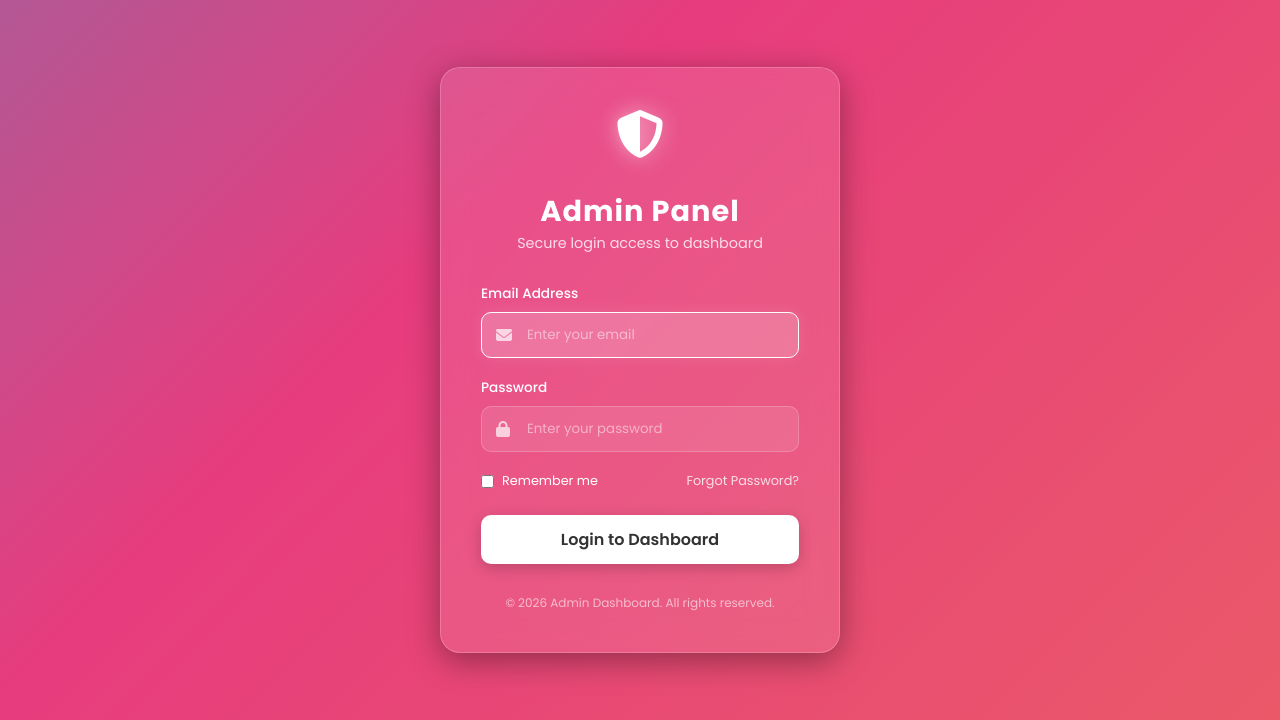
Repository: nandharjpm/Art-World
Page: http://localhost/admin/login
An editor plug-in stored every save of this project. The page is shown before and after the next save, followed by the edit.
The browser window is 1280 px wide. The pictures show the whole page.
The page is served by the project's Laravel application, run on PHP 8.4 with Laravel 12. Other server files are loaded and not shown.

Above is the page before, as saved 2026-05-15 16:21:37.

### routes/web.php
<?php

use App\Http\Controllers\admin\LoginController;
use Illuminate\Support\Facades\Route;

Route::get('/', function () {
    return view('welcome');
});

Route::group(['prefix' => 'admin/'], function () {
    Route::get('login', [LoginController::class, 'showLogin'])->name('admin.login');
});

### app/Http/Controllers/admin/LoginController.php
<?php

namespace App\Http\Controllers\Admin;

use App\Http\Controllers\Controller;
use Illuminate\Http\Request;

class LoginController extends Controller
{
    public function showLogin(){
        return view('admin.login.login_page');
    }
}

### resources/views/admin/login/login_page.blade.php
<!DOCTYPE html>
<html lang="en">
<head>
    <meta charset="UTF-8">
    <title>Admin Login | Premium Access</title>
    <meta name="viewport" content="width=device-width, initial-scale=1.0">

    <link href="https://fonts.googleapis.com/css2?family=Poppins:wght@300;400;500;600;700&display=swap" rel="stylesheet">
    <link rel="stylesheet" href="https://cdnjs.cloudflare.com/ajax/libs/font-awesome/6.5.1/css/all.min.css"/>
    <link rel="stylesheet" href="{{ asset('css/login.css') }}">

</head>
<body>

    <div class="login-container">
        <div class="login-card">

            <div class="logo">
                <div class="logo-icon">
                    <i class="fa-solid fa-shield-halved"></i>
                </div>
                <h1>Admin Panel</h1>
                <p>Secure login access to dashboard</p>
            </div>

            @if ($errors->any())
                <div class="alert">
                    <i class="fa-solid fa-circle-exclamation"></i> {{ $errors->first() }}
                </div>
            @endif

            <form method="POST" action="{{ url('admin/login') }}">
                @csrf

                <div class="form-group">
                    <label>Email Address</label>
                    <div class="input-box">
                        <i class="fa-solid fa-envelope"></i>
                        <input type="email" name="email" class="form-control" placeholder="Enter your email" required autofocus>
                    </div>
                </div>

                <div class="form-group">
                    <label>Password</label>
                    <div class="input-box">
                        <i class="fa-solid fa-lock"></i>
                        <input type="password" name="password" class="form-control" placeholder="Enter your password" required>
                    </div>
                </div>

                <div class="extra">
                    <label class="remember">
                        <input type="checkbox" name="remember"> Remember me
                    </label>
                    <a href="#" class="forgot">Forgot Password?</a>
                </div>

                <button type="submit" class="login-btn">
                    Login to Dashboard
                </button>
            </form>

            <div class="footer-text">
                © {{ date('Y') }} Admin Dashboard. All rights reserved.
            </div>
        </div>
    </div>

</body>
</html>

### public/css/login.css
:root {
            --primary-gradient: linear-gradient(135deg, #667eea 0%, #764ba2 100%);
            --glass-bg: rgba(255, 255, 255, 0.1);
            --glass-border: rgba(255, 255, 255, 0.2);
            --text-color: #ffffff;
        }

        * {
            margin: 0;
            padding: 0;
            box-sizing: border-box;
            font-family: 'Poppins', sans-serif;
        }

        body {
            min-height: 100vh;
            display: flex;
            align-items: center;
            justify-content: center;
            /* Animated Gradient Background */
            background: linear-gradient(-45deg, #ee7752, #e73c7e, #23a6d5, #23d5ab);
            background-size: 400% 400%;
            animation: gradientBG 15s ease infinite;
            overflow: hidden;
        }

        @keyframes gradientBG {
            0% { background-position: 0% 50%; }
            50% { background-position: 100% 50%; }
            100% { background-position: 0% 50%; }
        }

        .login-container {
            position: relative;
            z-index: 1;
        }

        /* Glassmorphism Card */
        .login-card {
            width: 400px;
            padding: 40px;
            background: var(--glass-bg);
            backdrop-filter: blur(15px);
            -webkit-backdrop-filter: blur(15px);
            border: 1px solid var(--glass-border);
            border-radius: 20px;
            box-shadow: 0 8px 32px 0 rgba(0, 0, 0, 0.37);
            color: var(--text-color);
            animation: fadeInDown 0.8s ease-out;
        }

        @keyframes fadeInDown {
            from { opacity: 0; transform: translateY(-20px); }
            to { opacity: 1; transform: translateY(0); }
        }

        .logo {
            text-align: center;
            margin-bottom: 30px;
        }

        .logo-icon {
            font-size: 3rem;
            margin-bottom: 10px;
            filter: drop-shadow(0 0 10px rgba(255,255,255,0.5));
            animation: float 3s ease-in-out infinite;
        }

        @keyframes float {
            0%, 100% { transform: translateY(0); }
            50% { transform: translateY(-10px); }
        }

        .logo h1 { font-size: 1.8rem; font-weight: 700; letter-spacing: 1px; }
        .logo p { font-size: 0.9rem; opacity: 0.8; }

        /* Form Styling */
        .form-group { margin-bottom: 20px; }
        .form-group label { display: block; margin-bottom: 8px; font-size: 0.85rem; font-weight: 500; }

        .input-box {
            position: relative;
            display: flex;
            align-items: center;
        }

        .input-box i {
            position: absolute;
            left: 15px;
            color: rgba(255,255,255,0.7);
        }

        .form-control {
            width: 100%;
            padding: 12px 15px 12px 45px;
            background: rgba(255, 255, 255, 0.1);
            border: 1px solid var(--glass-border);
            border-radius: 10px;
            color: white;
            outline: none;
            transition: 0.3s;
        }

        .form-control:focus {
            background: rgba(255, 255, 255, 0.2);
            border-color: #fff;
            box-shadow: 0 0 15px rgba(255,255,255,0.1);
        }

        .form-control::placeholder { color: rgba(255,255,255,0.5); }

        /* Alert Styling */
        .alert {
            background: rgba(255, 71, 71, 0.2);
            border-left: 4px solid #ff4747;
            padding: 10px;
            border-radius: 5px;
            margin-bottom: 20px;
            font-size: 0.8rem;
        }

        .extra {
            display: flex;
            justify-content: space-between;
            align-items: center;
            font-size: 0.8rem;
            margin-bottom: 25px;
        }

        .remember { display: flex; align-items: center; cursor: pointer; }
        .remember input { margin-right: 8px; accent-color: #fff; }
        .forgot { color: white; text-decoration: none; opacity: 0.8; transition: 0.3s; }
        .forgot:hover { opacity: 1; text-decoration: underline; }

        /* Premium Button */
        .login-btn {
            width: 100%;
            padding: 12px;
            border: none;
            border-radius: 10px;
            background: #fff;
            color: #333;
            font-weight: 600;
            font-size: 1rem;
            cursor: pointer;
            transition: 0.4s;
            box-shadow: 0 4px 15px rgba(0,0,0,0.2);
        }

        .login-btn:hover {
            transform: translateY(-2s);
            background: #f0f0f0;
            box-shadow: 0 6px 20px rgba(255,255,255,0.3);
        }

        .footer-text {
            text-align: center;
            margin-top: 30px;
            font-size: 0.75rem;
            opacity: 0.6;
        }

Loaded but not shown: app/Providers/AppServiceProvider.php (common file); app/Http/Controllers/Controller.php (common file)

After the next save:
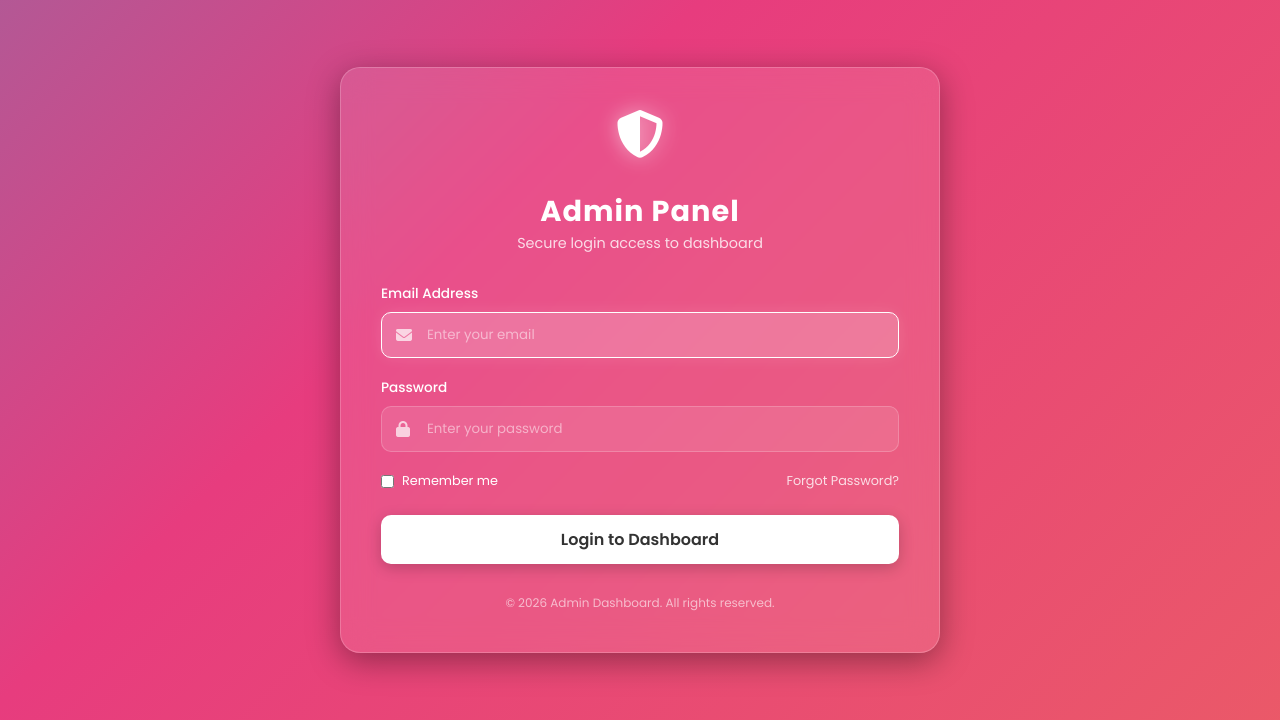
Saved 28 s later.
--- a/public/css/login.css
+++ b/public/css/login.css
@@ -37,7 +37,7 @@
 
         /* Glassmorphism Card */
         .login-card {
-            width: 400px;
+            width: 600px;
             padding: 40px;
             background: var(--glass-bg);
             backdrop-filter: blur(15px);
